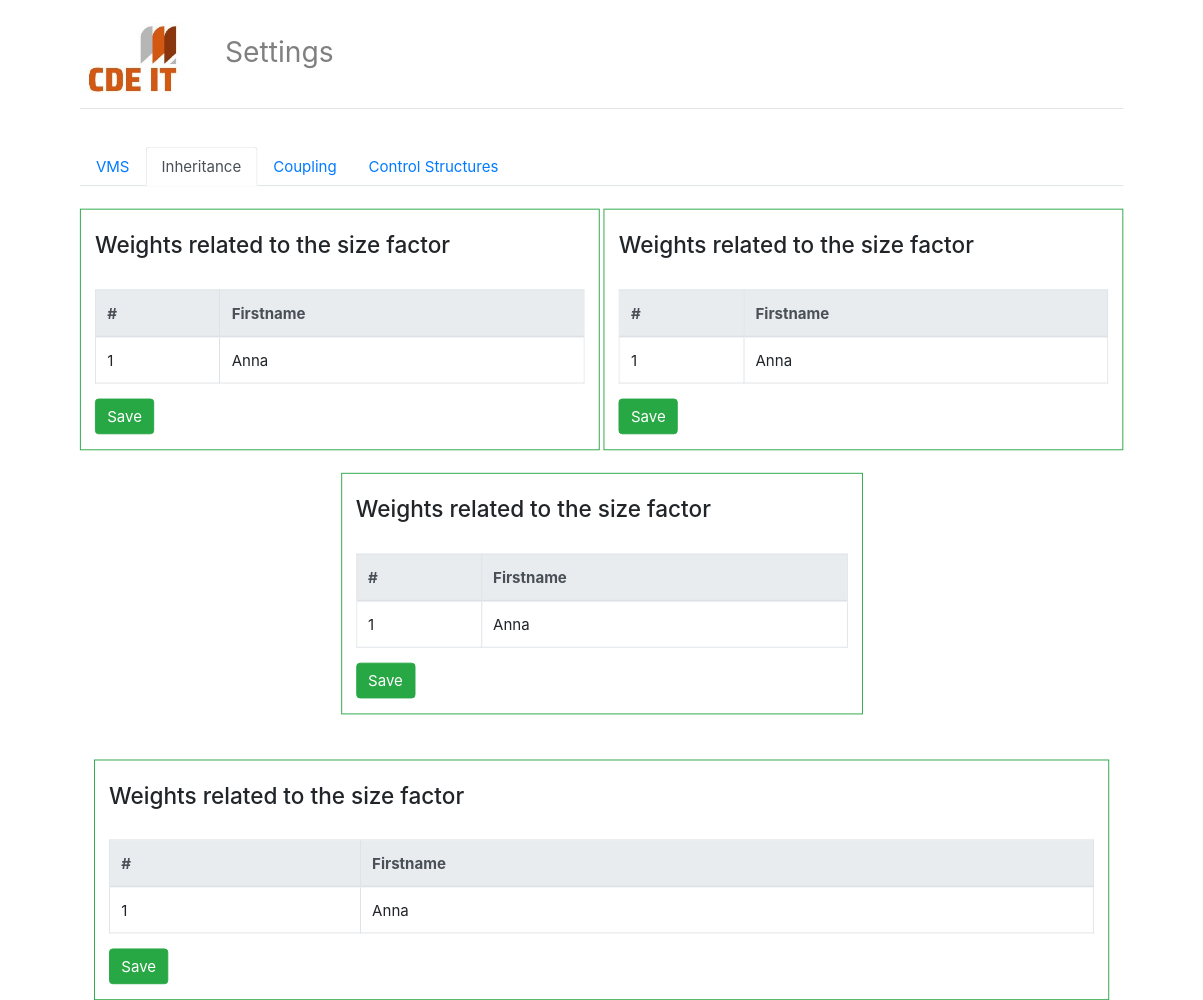
Repository: JudeAshan98/ITPM
Page: CDE_IT/WebContent/views/settings.html
These files come from the project's save history. The page is drawn as it stood at one moment and after the next save; the edit follows.
The browser window is 1280 px wide. The pictures show the whole page, at 94% of full size.

Above is the page before, as saved 2020-03-01 16:37:43.

After the next save:
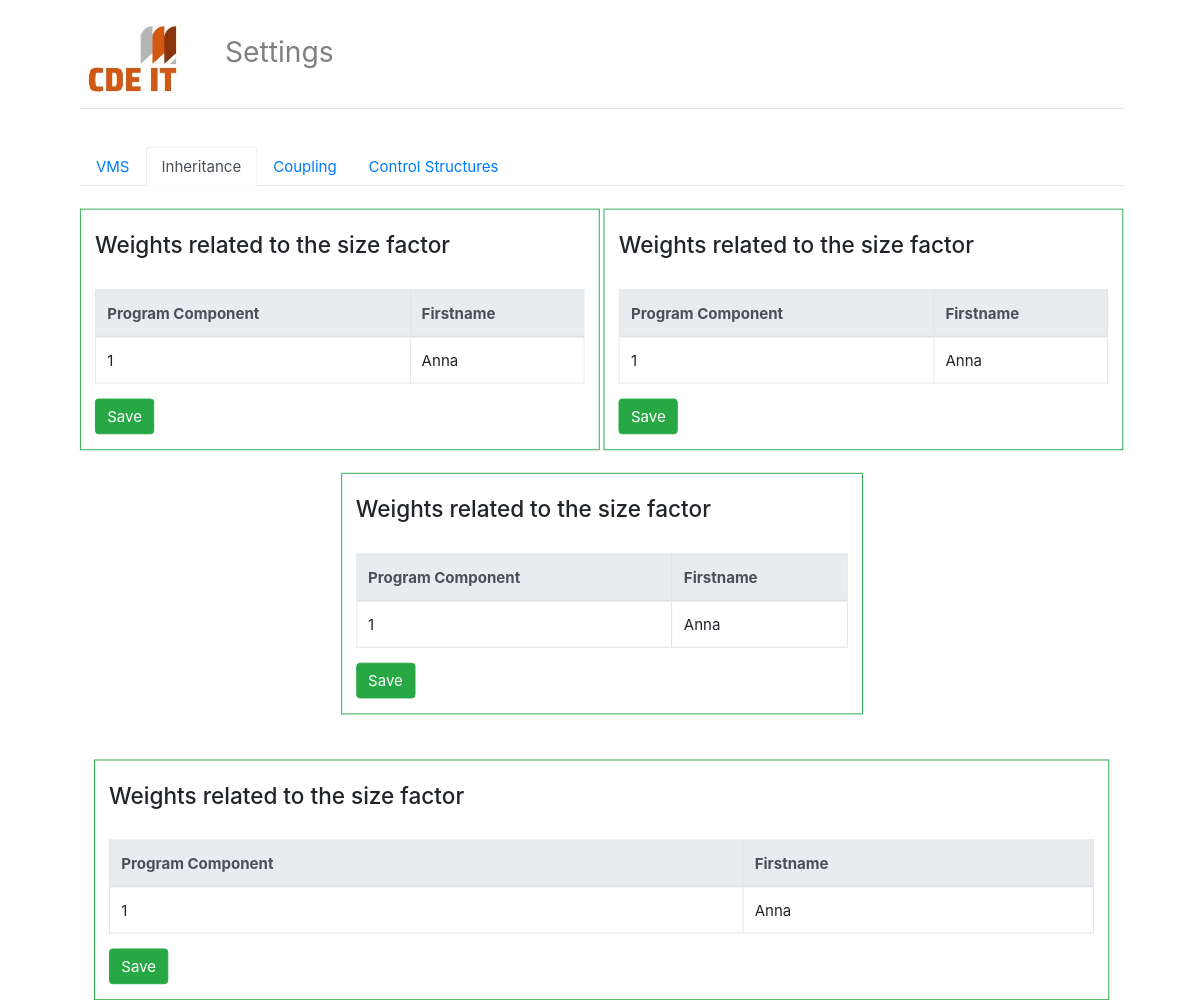
Saved 91 s later.
--- a/CDE_IT/WebContent/views/settings.html
+++ b/CDE_IT/WebContent/views/settings.html
@@ -28,13 +28,13 @@
 		<!-- Nav tabs -->
 		<ul class="nav nav-tabs" role="tablist">
 			<li class="nav-item"><a class="nav-link" data-toggle="tab"
-				href="#vms">VMS</a></li>
+				href="Program Componentvms">VMS</a></li>
 			<li class="nav-item"><a class="nav-link active"
-				data-toggle="tab" href="#inheritance">Inheritance</a></li>
+				data-toggle="tab" href="Program Componentinheritance">Inheritance</a></li>
 			<li class="nav-item"><a class="nav-link" data-toggle="tab"
-				href="#Coupling">Coupling</a></li>
+				href="Program ComponentCoupling">Coupling</a></li>
 			<li class="nav-item"><a class="nav-link" data-toggle="tab"
-				href="#Control">Control Structures</a></li>
+				href="Program ComponentControl">Control Structures</a></li>
 		</ul>
 
 		<!-- Tab panes -->
@@ -50,7 +50,7 @@
 							<table class="table table-bordered">
 								<thead class="thead-light">
 									<tr>
-										<th>#</th>
+										<th>Program Component</th>
 										<th>Firstname</th>
 									</tr>
 								</thead>
@@ -73,7 +73,7 @@
 							<table class="table table-bordered">
 								<thead class="thead-light">
 									<tr>
-										<th>#</th>
+										<th>Program Component</th>
 										<th>Firstname</th>
 									</tr>
 								</thead>
@@ -99,7 +99,7 @@
 							<table class="table table-bordered">
 								<thead class="thead-light">
 									<tr>
-										<th>#</th>
+										<th>Program Component</th>
 										<th>Firstname</th>
 									</tr>
 								</thead>
@@ -127,7 +127,7 @@
 						<table class="table table-bordered">
 							<thead class="thead-light">
 								<tr>
-									<th>#</th>
+									<th>Program Component</th>
 									<th>Firstname</th>
 								</tr>
 							</thead>
@@ -153,7 +153,7 @@
 						<table class="table table-bordered">
 							<thead class="thead-light">
 								<tr>
-									<th>#</th>
+									<th>Program Component</th>
 									<th>Firstname</th>
 								</tr>
 							</thead>
@@ -179,7 +179,7 @@
 						<table class="table table-bordered">
 							<thead class="thead-light">
 								<tr>
-									<th>#</th>
+									<th>Program Component</th>
 									<th>Firstname</th>
 								</tr>
 							</thead>
